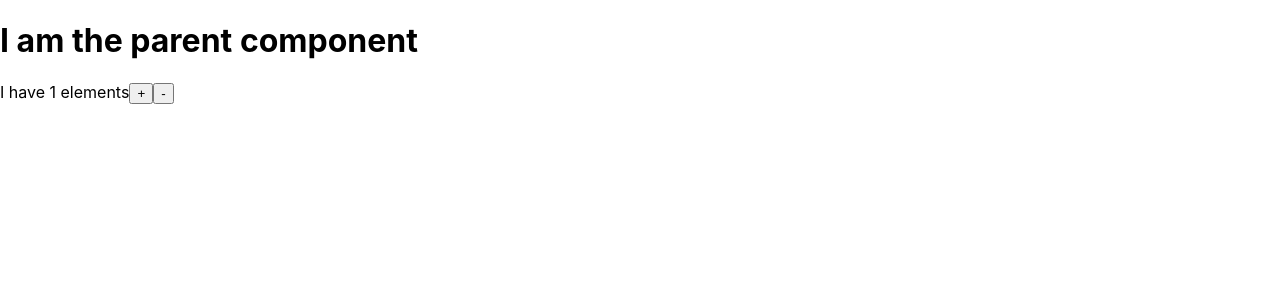
Repository: rajascript/simple-redux
Page: /
These files come from the project's save history. The page is drawn as it stood at one moment and after a run of saves; the edit follows.
The browser window is 1280 px wide. The pictures show the whole page.
The project was rebuilt for these pictures with package versions that can differ from the ones it lists, and the page was loaded fresh each time.

Above is the page before, as saved 2020-05-26 10:03:40.

### src/App.js
import React from "react";

class App extends React.Component {
  constructor(props) {
    super(props);

    this.state = {
      elements: 1,
    };
  }

  render() {
    return (
      <div className="App">
        <h1>I am the parent component</h1>I have {this.state.elements} elements
        <button
          onClick={() => this.setState({ elements: this.state.elements + 1 })}
        >
          +
        </button>
        <button
          onClick={() => this.setState({ elements: this.state.elements - 1 })}
        >
          -
        </button>
      </div>
    );
  }
}

export default App;

### src/Child.js
import React from "react";

class Child extends React.Component {
  constructor(props) {
    super(props);

    this.state = {
      elements: 1,
    };
  }

  render() {
    return (
      <div className="App">
        <h1>I am the Child component</h1>I have {this.state.elements} elements
        <button
          onClick={() => this.setState({ elements: this.state.elements + 1 })}
        >
          +
        </button>
        <button
          onClick={() => this.setState({ elements: this.state.elements - 1 })}
        >
          -
        </button>
      </div>
    );
  }
}

export default Child;

Loaded but not shown: public/index.html (common file); src/index.js (common file); src/index.css (common file); src/serviceWorker.js (common file)

After the next 2 saves:
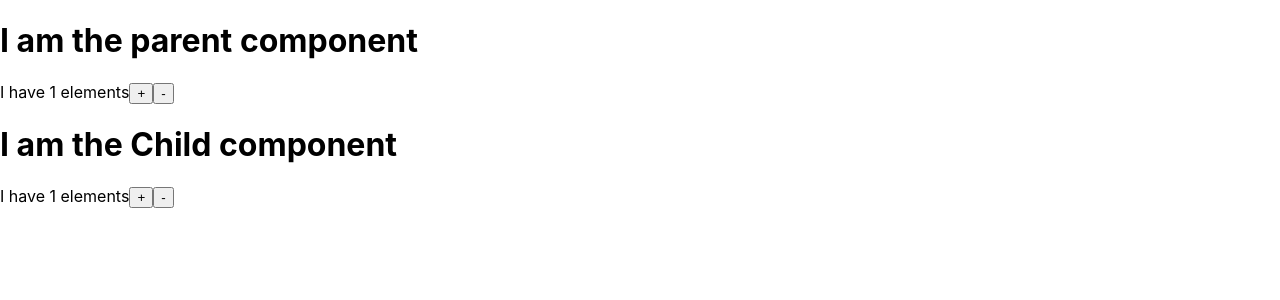
The 2 saves are shown as one change because 1 did not build or start.
The last was saved 27 s later.
--- a/src/App.js
+++ b/src/App.js
@@ -1,5 +1,5 @@
 import React from "react";
-
+import Child from "./Child";
 class App extends React.Component {
   constructor(props) {
     super(props);
@@ -23,6 +23,7 @@ class App extends React.Component {
         >
           -
         </button>
+        <Child />
       </div>
     );
   }
